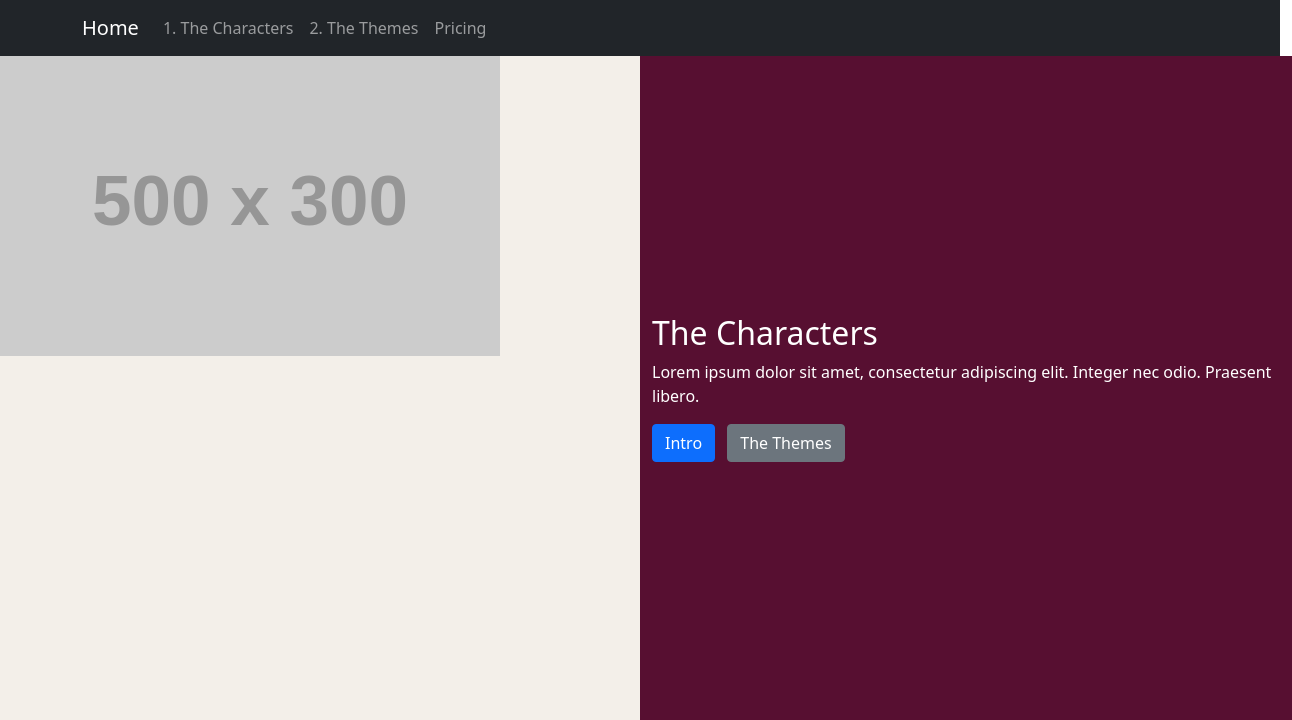
Repository: angelica-hom/msdv-thesis
Page: characters.html
The author's editor kept a record of every edit. The page is drawn from the files as they stood at one moment, then again after the next edit.
The browser window is 1280 px wide. The page is 1292 px wide, so the pictures cover 1292 px, including what lies to the right of the window. The pictures show the whole page.

Above is the page before.

### characters.html
<!doctype html>
<html lang="en">
<head>
    <meta charset="utf-8">
    <meta name="viewport" content="width=device-width, initial-scale=1">
    <link href="https://cdn.jsdelivr.net/npm/bootstrap@5.1.3/dist/css/bootstrap.min.css" rel="stylesheet">
    <link href="characters.css" rel="stylesheet">
    <title>Responsive Webpage with Image and Text</title>
</head>
<body>
    <nav class="navbar navbar-expand-lg navbar-dark bg-dark">
        <div class="container">
            <a class="navbar-brand" href="index.html">Home</a>
            <button class="navbar-toggler" type="button" data-bs-toggle="collapse" data-bs-target="#navbarNav" aria-controls="navbarNav" aria-expanded="false" aria-label="Toggle navigation">
                <span class="navbar-toggler-icon"></span>
            </button>
            <div class="collapse navbar-collapse" id="navbarNav">
                <ul class="navbar-nav">
                    <li class="nav-item">
                        <a class="nav-link" href="characters.html">1. The Characters</a>
                    </li>
                    <li class="nav-item">
                        <a class="nav-link" href="themes.html">2. The Themes</a>
                    </li>
                    <li class="nav-item">
                        <a class="nav-link" href="#">Pricing</a>
                    </li>
                </ul>
            </div>
        </div>
    </nav>

    <div class="container-fluid">
        <div class="row">
            <div class="col-md-6 left-section">
                <img src="https://via.placeholder.com/500x300" alt="Static image" class="img-fluid">
            </div>
            <div class="col-md-6 d-flex flex-column justify-content-center right-section">
                <h2>The Characters</h2>
                <p>Lorem ipsum dolor sit amet, consectetur adipiscing elit. Integer nec odio. Praesent libero.</p>
                <div>
                    <a href="intro.html" class="btn btn-primary me-2">Intro</a>
                    <a href="themes.html" class="btn btn-secondary">The Themes</a>
                </div>
            </div>
        </div>
    </div>

    <script src="characters.js"></script>
    <script src="https://cdn.jsdelivr.net/npm/@popperjs/core@2.11.6/dist/umd/popper.min.js"></script>
    <script src="https://cdn.jsdelivr.net/npm/bootstrap@5.1.3/dist/js/bootstrap.min.js"></script>
</body>
</html>

### characters.css
body, html {
    margin: 0;
    height: 100%;
}

.navbar {
    margin-bottom: 0;
}

.container-fluid {
    height: calc(100% - 56px); /* Subtract navbar height */
    padding: 0;
}

.row {
    height: 100%;
}

.left-section {
    background-color: #F3EFE9;
}

.right-section {
    background-color: #570F31;
    color: #FFF; /* Set text color to white for better contrast */
}

### characters.js
document.addEventListener('keydown', function (event) {
    if (event.code === 'ArrowLeft') {
        window.location.href = 'intro.html';
    }
});

document.addEventListener('keydown', function (event) {
    if (event.code === 'ArrowRight') {
        window.location.href = 'themes.html';
    }
});

After the next edit:
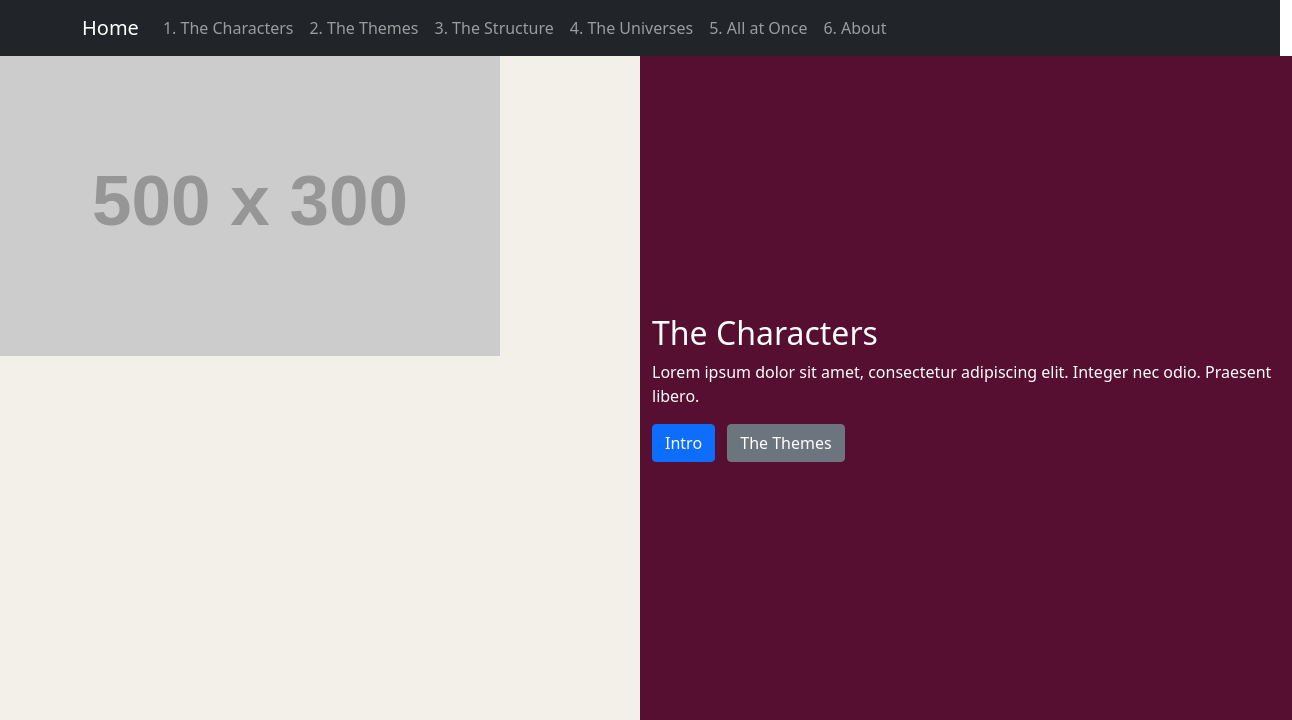
The edit:
--- a/characters.html
+++ b/characters.html
@@ -23,7 +23,16 @@
                         <a class="nav-link" href="themes.html">2. The Themes</a>
                     </li>
                     <li class="nav-item">
-                        <a class="nav-link" href="#">Pricing</a>
+                        <a class="nav-link" href="structure.html">3. The Structure</a>
+                    </li>
+                    <li class="nav-item">
+                        <a class="nav-link" href="universes.html">4. The Universes</a>
+                    </li>
+                    <li class="nav-item">
+                        <a class="nav-link" href="once.html">5. All at Once</a>
+                    </li>
+                    <li class="nav-item">
+                        <a class="nav-link" href="about.html">6. About</a>
                     </li>
                 </ul>
             </div>
